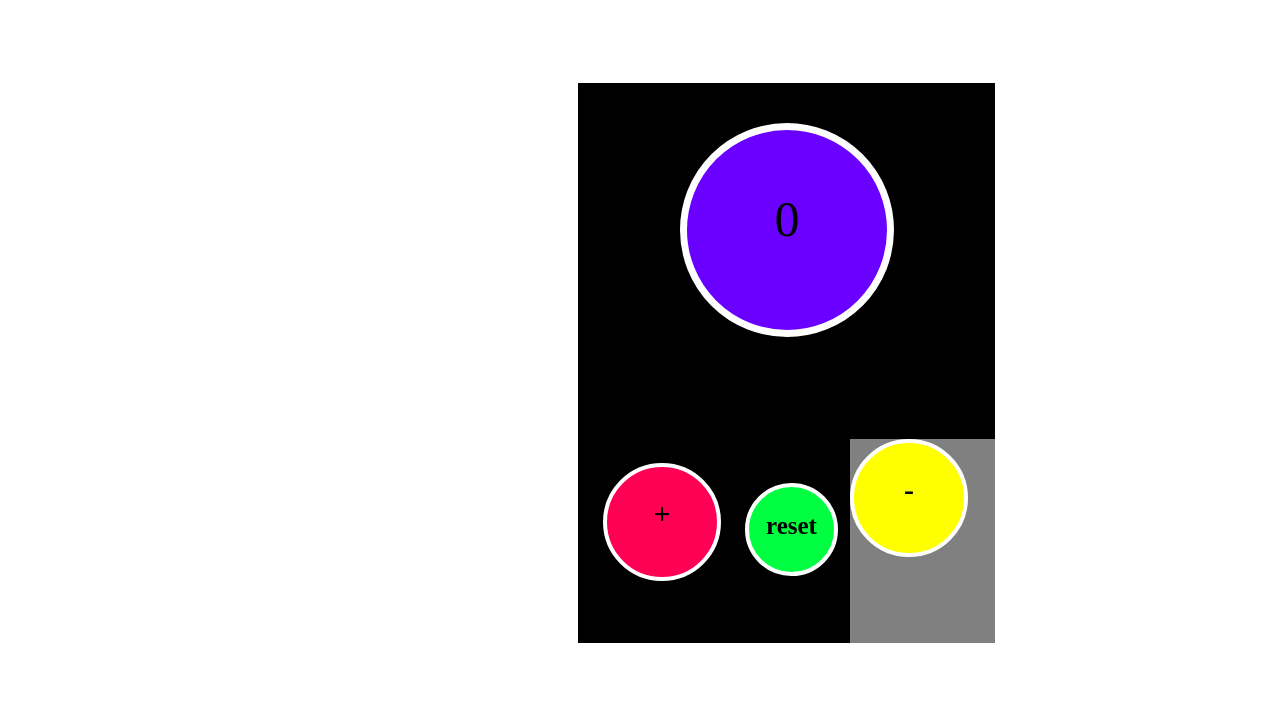
Repository: sara55m/Counter_App
Page: index.html
These files come from the project's save history. The page is drawn as it stood at one moment and after the next save; the edit follows.
The browser window is 1280 px wide. The pictures show the whole page.

Above is the page before, as saved 2024-07-31 18:11:41.

After the next save:
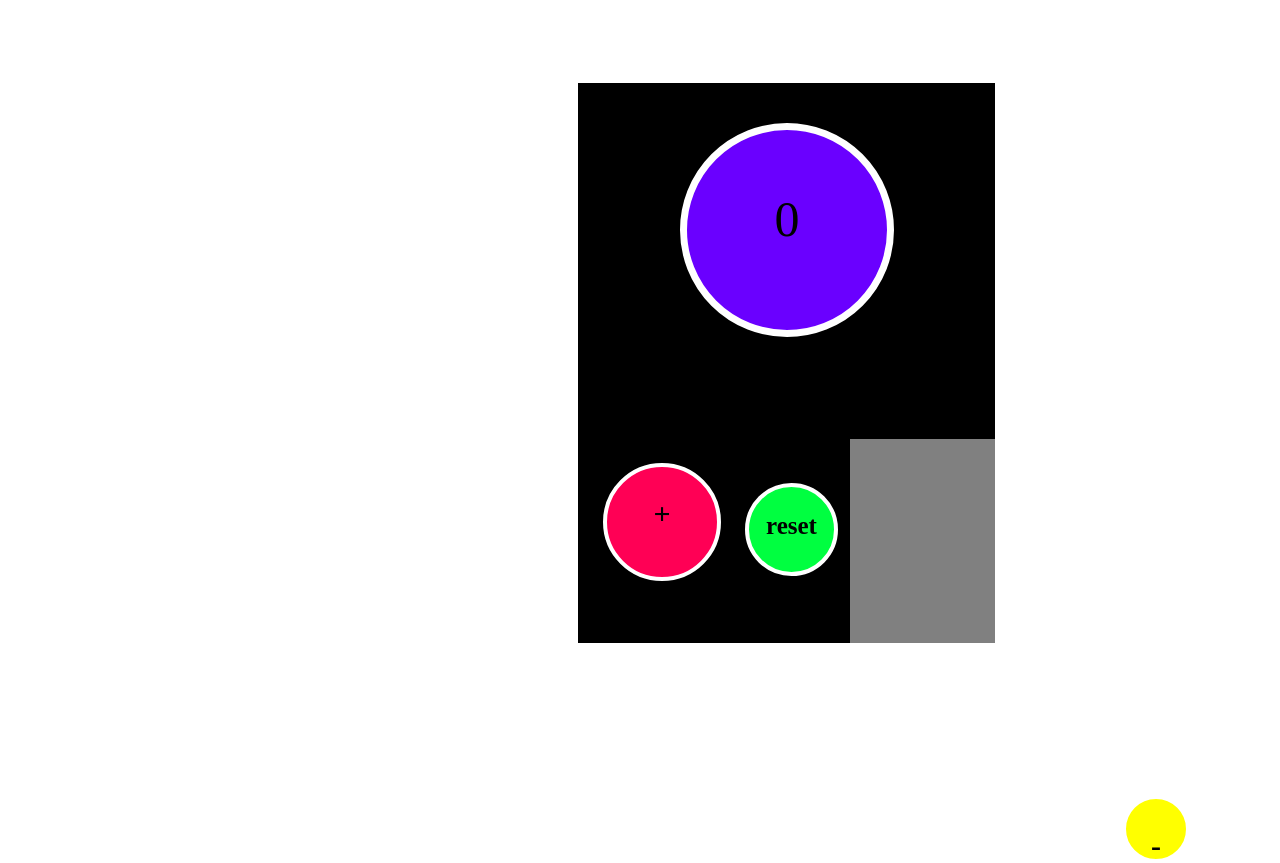
Saved 93 s later.
--- a/css/style.css
+++ b/css/style.css
@@ -52,9 +52,11 @@ p.first,p.second{
 
 }
 .decrease2{
-
-    height:110px;
-    width:110px;
+    position:absolute;
+    top:356px;
+    left:272px;
+    height:60px;
+    width:60px;
     border-radius: 50%;
     border:4px solid white;
     background-color:yellow;
